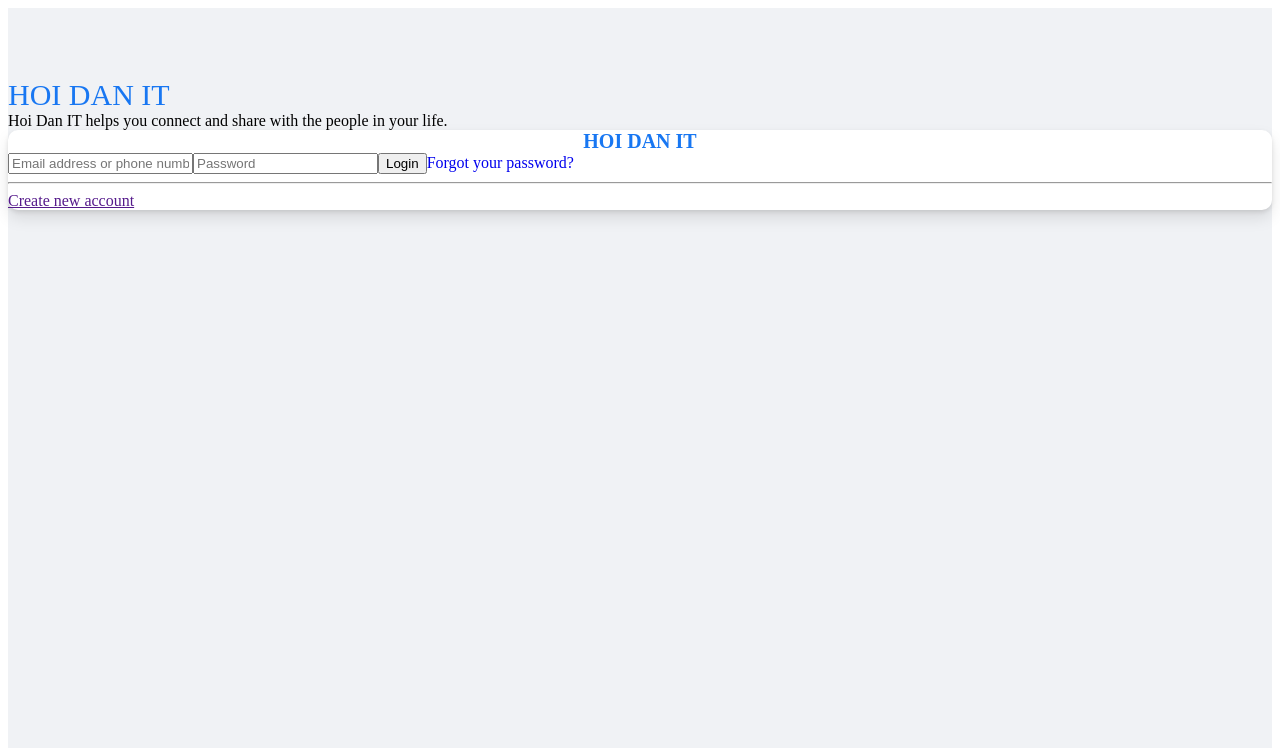
Repository: minhtien9/jwt_Reactjs_Frontend
Page: /login
The author's editor kept a copy of each file at every save. The page is drawn from the files as they stood at one save, then again after the next save.
The browser window is 1280 px wide. The pictures show the whole page.
The project was rebuilt for these pictures with package versions that can differ from the ones it lists, and the page was loaded fresh each time. Also part of the build but not shown: src/App.scss, src/components/Navigation/Nav.scss, src/components/Navigation/Nav.js, src/components/Register/Register.scss, src/components/Register/Register.js.

Above is the page before, as saved 2022-05-23 11:04:43.

After the next save:
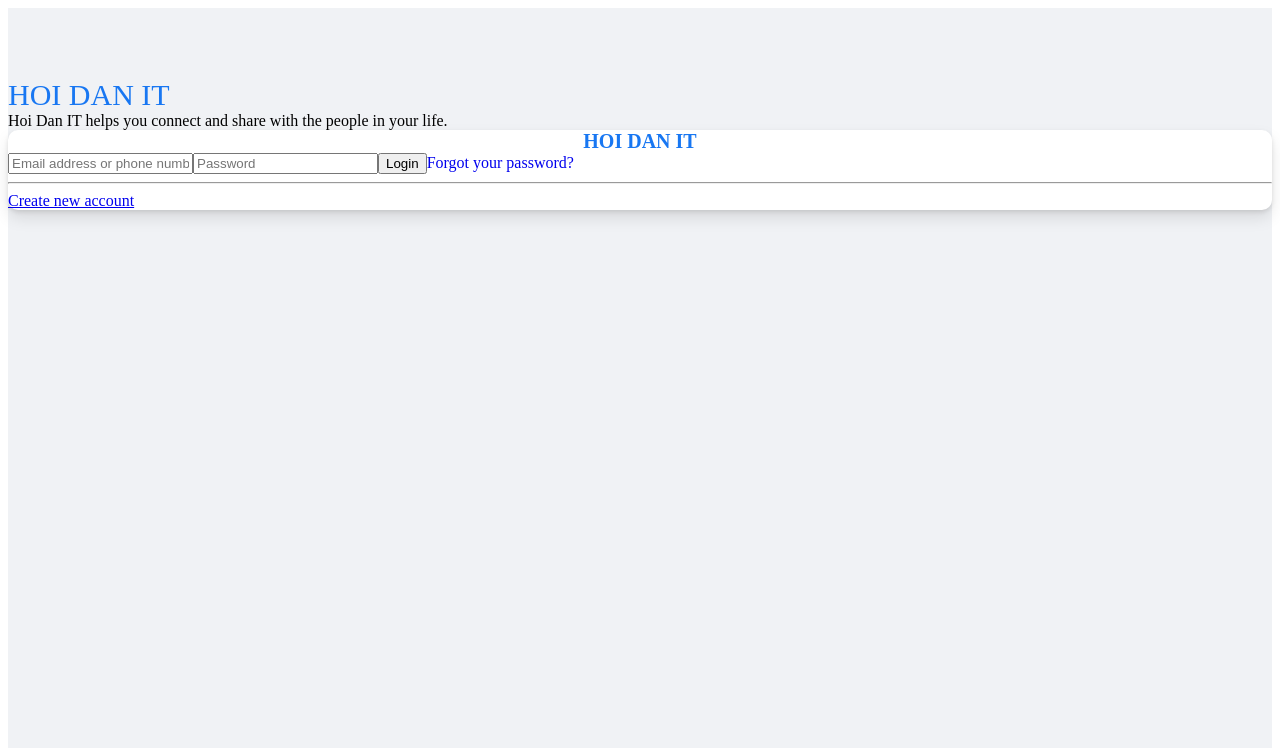
Saved 25 s later.
--- a/src/components/Login/Login.js
+++ b/src/components/Login/Login.js
@@ -45,10 +45,7 @@ const Login = (props) => {
                             >
                                 Create new account
                             </button> */}
-                            <Link
-                                className='btn btn-success'
-                                onClick={() => handleCreateNewAccount()}
-                            >
+                            <Link to='/register' className='btn btn-success'>
                                 Create new account
                             </Link>
                         </div>
